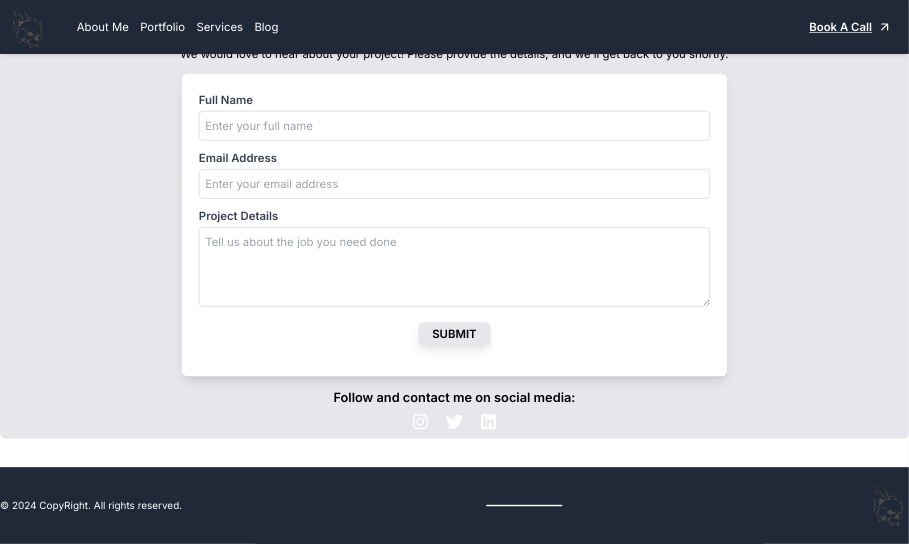
Repository: TheSecretlifeOfX/landing1
Page: /CallToAction
An editor plug-in stored every save of this project. The page is shown before and after the next save, followed by the edit.
The browser window is 1280 px wide. The pictures show the whole page, at 71% of full size.
The project was rebuilt for these pictures with package versions that can differ from the ones it lists, and the page was loaded fresh each time. The framework's server and built-in components were replaced by stand-ins that run in the browser. Also part of the build but not shown: next.config.js.

Above is the page before, as saved 2024-11-16 11:04:17.

### app/layout.tsx
import Link from 'next/link'
import './globals.css'
import type { Metadata } from 'next'
import { Inter } from 'next/font/google'

import Navbar from "@/app/components/Navbar";
import Footer from '@/app/components/Footer';


const inter = Inter({ subsets: ['latin'] })

export const metadata: Metadata = {
  title: 'Create Next App',
  description: 'Generated by create next app',
}

export default function RootLayout({
  children,
}: {
  children: React.ReactNode
}) {
  return (
    <html lang="en">
      <body className={inter.className}>
      <nav>
        <Navbar />
      </nav>
      {children}
      <footer>
        <Footer />
      </footer>
      </body>
    </html>
  )
}

### app/CallToAction/page.tsx
// src/app/contact/page.tsx
import CallToAction from "@/app/components/CallToAction";

export default function ContactPage() {
  return <CallToAction />;
}

### app/globals.css
@tailwind base;
@tailwind components;
@tailwind utilities;
eslint-disable

/* globals.css */
.bio-card {
    background-image: url("/Images/HSimage1.jpg");
    background-size: cover;
    background-position: center;
  }

  .skills-card {
    background-image: url("/Images/HSimage2.jpg");
    background-size: cover;
    background-position: center;
  }

  .experience-card {
    background-image: url("/Images/HSimage3.jpeg");
    background-size: cover;
    background-position: center;
  }

### app/components/Navbar.tsx
// src/components/Navbar.tsx
import React from "react";
import Link from "next/link";
import Image from "next/image";

export default function Navbar() {
  return (
    <nav className="fixed top-0 left-0 w-full bg-gray-800 p-2 text-white shadow-md z-50">
      <div className="container mx-auto flex items-center">
        {/* Logo Section on the Left */}
        <div className="flex items-center mr-10 ml-[-50]">
          <Link href="/">
            <Image
              src="/Images/Logo.png"
              alt="MyBrand Logo"
              width={60}
              height={60}
              className="cursor-pointer"
              priority
            />
          </Link>
        </div>

        {/* Navigation Links Centered */}
        <ul className="flex space-x-4">
          <li>
            <a href="#hero" className="hover:text-gray-400">
              About Me
            </a>
          </li>
          <li>
            <a href="#features" className="hover:text-gray-400">
              Portfolio
            </a>
          </li>
          <li>
            <a href="#service" className="hover:text-gray-400">
              Services
            </a>
          </li>
          <li>
            <a href="#blog" className="hover:text-gray-400">
              Blog
            </a>
          </li>
        </ul>

        {/* "Book A Call" Button on the Right */}
        <ul className="flex items-center ml-auto">
  <li>
    <a
      href="#contact"
      className="flex items-center px-4 py-2 text-white font-semibold rounded-lg hover:bg-gray-700 transition duration-300 underline"
    >
      Book A Call
      <svg
        xmlns="http://www.w3.org/2000/svg"
        viewBox="0 0 24 24"
        fill="none"
        stroke="currentColor"
        strokeWidth="2"
        className="w-5 h-5 ml-2"
      >
        <path
          d="M7 17L17 7M7 7h10v10"
          strokeLinecap="round"
          strokeLinejoin="round"
        />
      </svg>
    </a>
  </li>
</ul>
      </div>
    </nav>
  );
}

### app/components/Footer.tsx
import React from 'react';
import Image from 'next/image';

export default function Footer() {
  return (
    <footer className="bg-gray-800 text-white py-6">
      <div className="container mx-auto flex justify-between items-center">
        {/* Copyright Notice on the Left */}
        <div className="text-sm">
          <p>&copy; 2024 CopyRight. All rights reserved.</p>
        </div>

        {/* Double Line Divider */}
        <div className="w-1/12 border-t-2 border-white mx-4"></div> {/* Double Line Divider */}

        {/* Logo on the Right */}
        <div>
          <Image
            src="/Images/Logo.png"
            alt="Logo"
            width={60}
            height={60}
            className="cursor-pointer"
          />
        </div>
      </div>
    </footer>
  );
}

### app/components/CallToAction.tsx
import React from 'react';
import { FaInstagram, FaTwitter, FaLinkedin } from 'react-icons/fa'; // Import icons from react-icons

export default function CallToAction() {
  return (
    <section id="contact" className="py-3 px-2 text-center bg-gray-200 text-black mb-10 rounded-lg">
      <h2 className="text-3xl font-bold mb-4">Ready to get started?</h2>
      <p className="mb-4">We would love to hear about your project! Please provide the details, and we'll get back to you shortly.</p>

      {/* Contact Form */}
      <form className="max-w-3xl mx-auto bg-white p-6 rounded-lg shadow-lg">
        <div className="mb-3">
          <label htmlFor="name" className="block text-left text-gray-700 font-semibold mb-1">Full Name</label>
          <input
            type="text"
            id="name"
            name="name"
            placeholder="Enter your full name"
            className="w-full p-2 border border-gray-300 rounded-md"
            required
          />
        </div>

        <div className="mb-3">
          <label htmlFor="email" className="block text-left text-gray-700 font-semibold mb-1">Email Address</label>
          <input
            type="email"
            id="email"
            name="email"
            placeholder="Enter your email address"
            className="w-full p-2 border border-gray-300 rounded-md"
            required
          />
        </div>

        <div className="mb-3">
          <label htmlFor="job-details" className="block text-left text-gray-700 font-semibold mb-1">Project Details</label>
          <textarea
            id="job-details"
            name="job-details"
            placeholder="Tell us about the job you need done"
            className="w-full p-2 border border-gray-300 rounded-md h-28"
            required
          />
        </div>

        <div className="mb-4 py-1">
          <button type="submit" className="px-5 py-1 bg-gray-200 text-black font-semibold rounded-lg shadow-lg hover:bg-gray-400">
            SUBMIT
          </button>
        </div>
      </form>

      {/* Social Media Links with Icons */}
     {/* Social Media Links with Icons */}
<div className="mt-4">
  <p className="text-lg font-semibold">Follow and contact me on social media:</p>
  <div className="flex justify-center space-x-6 mt-2">
    <a
      href="https://www.instagram.com/thesecretlifeof_x_/?hl=en"
      target="_blank"
      rel="noopener noreferrer"
      className="text-white hover:text-gray-600 transition-colors"
      aria-label="Instagram"
      title="Instagram"
    >
      <FaInstagram className="w-6 h-6" />
    </a>
    <a
      href="https://x.com/D_FirstUnknown"
      target="_blank"
      rel="noopener noreferrer"
      className="text-white hover:text-gray-600 transition-colors"
      aria-label="Twitter"
      title="Twitter"
    >
      <FaTwitter className="w-6 h-6" />
    </a>
    <a
      href="https://www.linkedin.com/in/wisdom-val/"
      target="_blank"
      rel="noopener noreferrer"
      className="text-white hover:text-gray-600 transition-colors"
      aria-label="LinkedIn"
      title="LinkedIn"
    >
      <FaLinkedin className="w-6 h-6" />
    </a>
  </div>
</div>

    </section>
  );
}

Loaded but not shown: tailwind.config.js (common file)

After the next save:
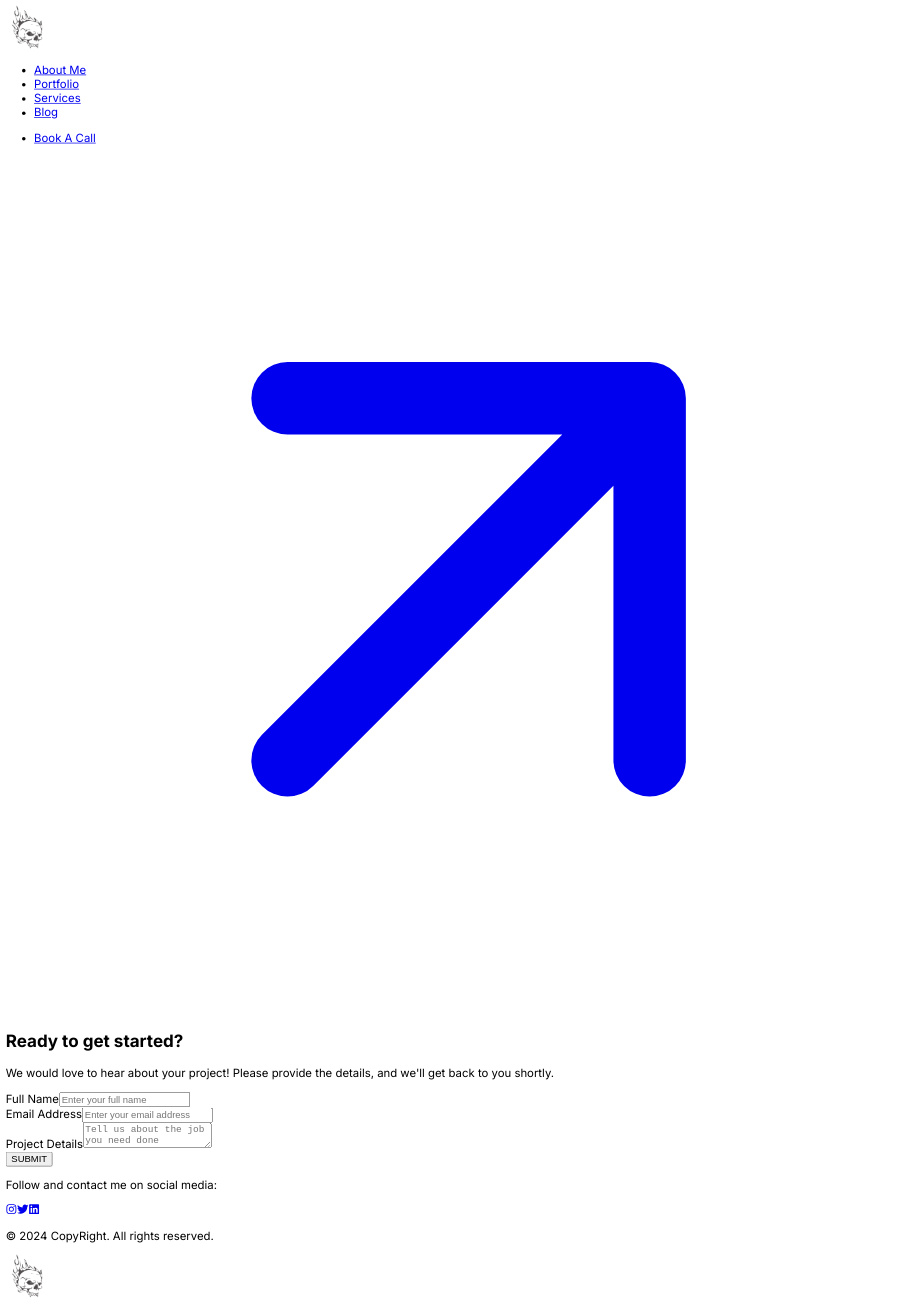
Saved 55 s later.
--- a/app/globals.css
+++ b/app/globals.css
@@ -1,7 +1,8 @@
+eslint-disable{
 @tailwind base;
 @tailwind components;
 @tailwind utilities;
-eslint-disable
+}
 
 /* globals.css */
 .bio-card {

After the save that followed:
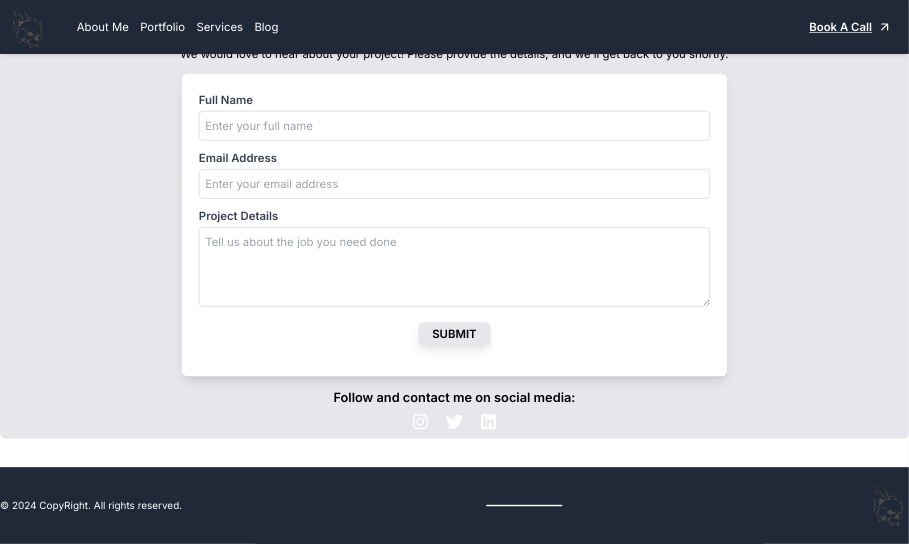
Saved 74 s later.
--- a/app/globals.css
+++ b/app/globals.css
@@ -1,8 +1,8 @@
-eslint-disable{
+
 @tailwind base;
 @tailwind components;
 @tailwind utilities;
-}
+
 
 /* globals.css */
 .bio-card {
